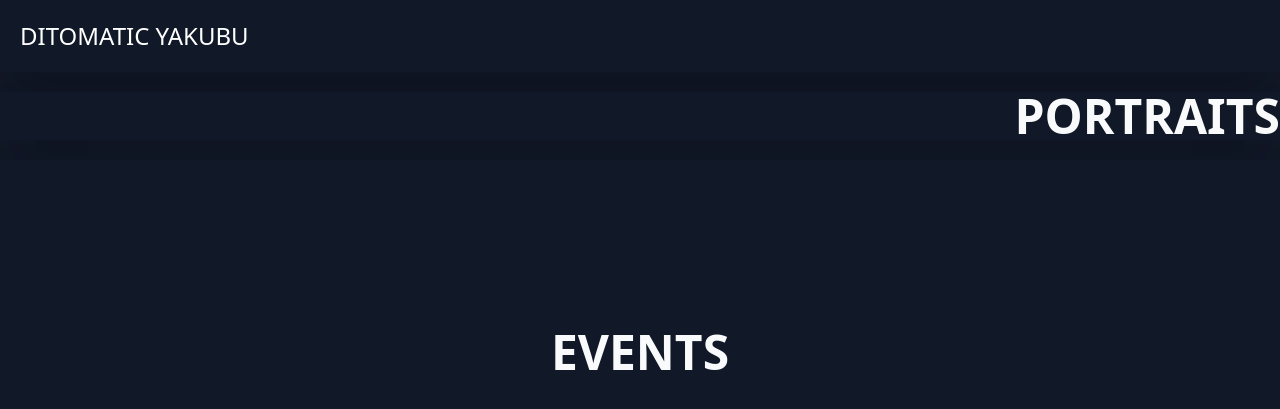
Repository: latenightsnacc/Ditomatic-Demo
Page: home.html
An editor plug-in stored every save of this project. The page is shown before and after the next save, followed by the edit.
The browser window is 1280 px wide. The pictures show the whole page.
Some web libraries are served in a nearby version.

Above is the page before, as saved 2021-02-24 12:43:45.

### home.html
<!DOCTYPE html>
<html lang="en" class="bg-gray-900">
<head>
    <meta charset="UTF-8">
    <meta name="viewport" content="width=device-width, initial-scale=1.0">
    <!--Tailwind 2.0.2-->
    <link href="https://cdnjs.cloudflare.com/ajax/libs/tailwindcss/2.0.2/tailwind.min.css" rel="stylesheet">
    <!--Font Awesome 5.15.1-->
    <link rel="stylesheet" href="https://cdnjs.cloudflare.com/ajax/libs/font-awesome/5.15.1/css/all.min.css" integrity="sha512-+4zCK9k+qNFUR5X+cKL9EIR+ZOhtIloNl9GIKS57V1MyNsYpYcUrUeQc9vNfzsWfV28IaLL3i96P9sdNyeRssA==" crossorigin="anonymous" />
    <!-- Bootstrap 5.0.0 Beta-->
    <!-- <link href="https://cdn.jsdelivr.net/npm/bootstrap@5.0.0-beta1/dist/css/bootstrap.min.css" rel="stylesheet" integrity="sha384-giJF6kkoqNQ00vy+HMDP7azOuL0xtbfIcaT9wjKHr8RbDVddVHyTfAAsrekwKmP1" crossorigin="anonymous" /> -->
    <!--Page Title-->
    <title>Ditomatic Fotografy</title>
    <style>
        .zoom {

          transition: transform .2s; /* Animation */

        }

        .zoom:hover {
          transform: scale(2.5); /* (250% zoom - Note: if the zoom is too large, it will go outside of the viewport) */

        }
        </style>
</head>
<body>
    <!--Header-->
    <header>
        <nav class="container-sm p-5 shadow-2xl flex flex-row justify-between">
            <a href="home.html" class="text-white uppercase text-2xl">Ditomatic Yakubu</a>
            <ul></ul>
        </nav>
    </header>
    <!--End of Header-->
    <div class="my-5"></div>
    <!--Large Screen-->
    <div id="large-screen">
        <!--Portrait Section-->
        <section class="bg-gray-900 shadow-2xl">
            <div class="mx-auto">
                <div class="flex flex-row">
                    <div class="w-1/12"></div>
                    <div class="w-11/12"></div>

                    <div class="my-2"></div>
                    <h2 class="font-bold text-gray-50 text-5xl uppercase">portraits</h2>
                </div>
            </div>
        </section>
        <!--End of Portrait Section-->
        <div class="my-5"></div>

        <!--Event Section-->
        <section class="bg-gray-900 shadow-2xl">
            <div class="mx-auto">
                <div class="flex flex-row items-center justify-center h-96">
                    <h2 class="font-bold text-gray-50 text-5xl uppercase">events</h2>
                </div>
            </div>
        </section>
        <!--End of Event Section-->
    </div>

</body>
</html>

After the next save:
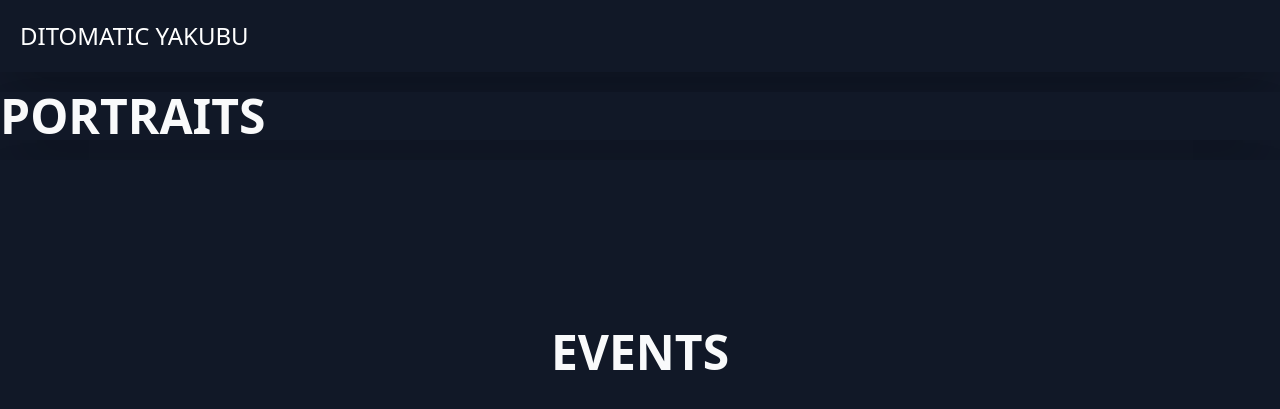
Saved 22 s later.
--- a/home.html
+++ b/home.html
@@ -40,11 +40,13 @@
         <section class="bg-gray-900 shadow-2xl">
             <div class="mx-auto">
                 <div class="flex flex-row">
-                    <div class="w-1/12"></div>
+                    <div class="w-1/12">
+                        <h2 class="font-bold text-gray-50 text-5xl uppercase">portraits</h2>
+                    </div>
                     <div class="w-11/12"></div>
 
                     <div class="my-2"></div>
-                    <h2 class="font-bold text-gray-50 text-5xl uppercase">portraits</h2>
+
                 </div>
             </div>
         </section>
